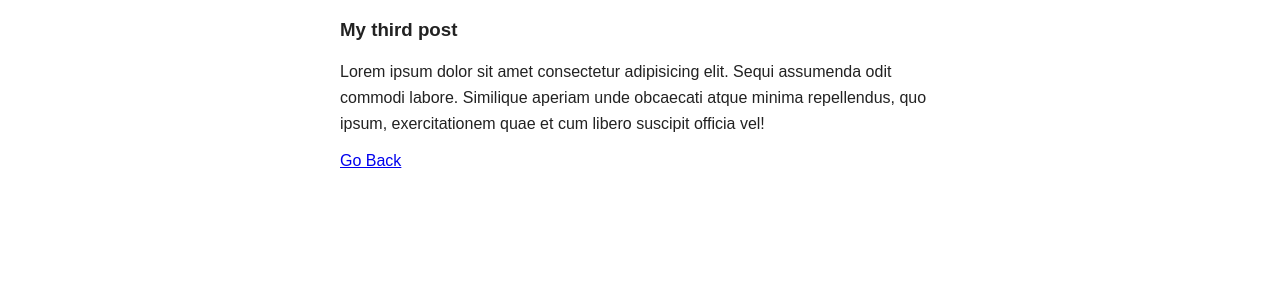
Repository: PiotrMigdal/blogmigdalapp
Page: http://localhost/posts/my-third-post
These files come from the project's save history. The page is drawn as it stood at one moment and after the next save; the edit follows.
The browser window is 1280 px wide. The pictures show the whole page.
The page is served by the project's Laravel application, run on PHP 8.4 with Laravel 8. Other server files are loaded and not shown.

Above is the page before, as saved 2021-08-28 09:22:19.

### routes/web.php
<?php

use App\Models\Post;
use Illuminate\Support\Facades\Route;
use PhpParser\Node\Expr\PostDec;

/*
|--------------------------------------------------------------------------
| Web Routes
|--------------------------------------------------------------------------
|
| Here is where you can register web routes for your application. These
| routes are loaded by the RouteServiceProvider within a group which
| contains the "web" middleware group. Now create something great!
|
*/

Route::get('/', function () {
    return view('posts');
});

Route::get('/posts/{post}', function ($slug) {
    //Find a post by its slug and pass it to a view called "post"

    return view('post', [
      'post' => Post::find($slug)
    ]);


})->where('post', '[A-z_\-]+'); //wildcard constraint - execute only if letters or dash '-'. Otherwise 404

### app/Models/Post.php
<?php

namespace App\Models;

use Illuminate\Database\Eloquent\ModelNotFoundException;

class Post
{
    public static function find($slug)
    {

      //if file doesn't exist, redirect to home page
      if (!file_exists($path = resource_path("posts/{$slug}.html"))) {
        throw new ModelNotFoundException();
      }

      //Cache the output. 1200 is number of seconds to remember (you can use also now()->addMinutes(60) or now()->addHours(24)). From php 7.4 you can replace last part with arrow function fn() => file_get_contents($path));
      return cache()->remember("posts.{$slug}", 1200, function () use ($path) {
        return file_get_contents($path);
      });

    }
}

### resources/posts/my-third-post.html
<!DOCTYPE html>
<html lang="en">
<head>
  <meta charset="UTF-8">
  <meta http-equiv="X-UA-Compatible" content="IE=edge">
  <meta name="viewport" content="width=device-width, initial-scale=1.0">
  <title>My Blog</title>
  <link rel="stylesheet" href="/app.css"></link>
</head>
<body>
  <article>
    <h1>My third post</h1>
    <p>Lorem ipsum dolor sit amet consectetur adipisicing elit. Sequi assumenda odit commodi labore. Similique aperiam unde obcaecati atque minima repellendus, quo ipsum, exercitationem quae et cum libero suscipit officia vel!</p>
  </article>
</body>
</html>

### resources/views/post.blade.php
<!DOCTYPE html>
<html lang="en">
<head>
  <meta charset="UTF-8">
  <meta http-equiv="X-UA-Compatible" content="IE=edge">
  <meta name="viewport" content="width=device-width, initial-scale=1.0">
  <title>My Blog</title>
  <link rel="stylesheet" href="/app.css"></link>
</head>
<body>
  <article>
  <?= $post; ?>
  </article>

  <a href="/">Go Back</a>
</body>
</html>

### public/app.css
body {
  background: white;
  color: #222222;
  max-width: 600px;
  margin: auto;
  font-family: sans-serif;
}

p {
  line-height: 1.6;
}

article + article {
  margin-top: 3rem;
  padding-top: 3rem;
  border-top: 1px solid #c5c5c5;

}

After the next save:
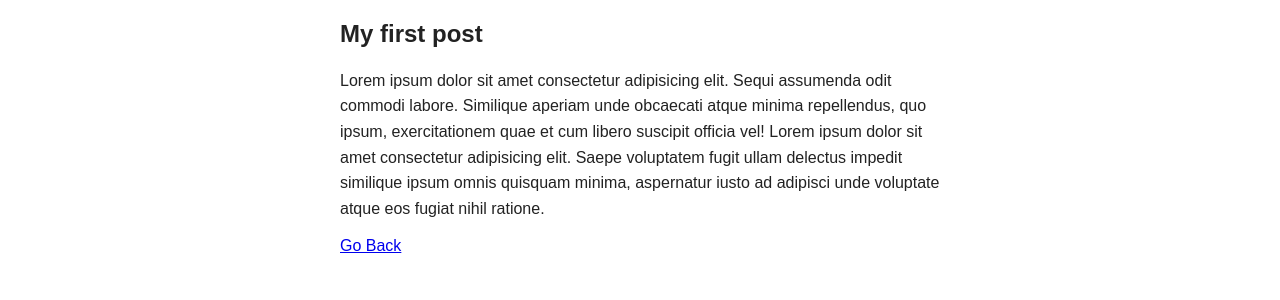
Saved 87 min 51 s later.
--- a/resources/views/post.blade.php
+++ b/resources/views/post.blade.php
@@ -9,7 +9,8 @@
 </head>
 <body>
   <article>
-  <?= $post; ?>
+    <h1>My first post</h1>
+    <p>Lorem ipsum dolor sit amet consectetur adipisicing elit. Sequi assumenda odit commodi labore. Similique aperiam unde obcaecati atque minima repellendus, quo ipsum, exercitationem quae et cum libero suscipit officia vel! Lorem ipsum dolor sit amet consectetur adipisicing elit. Saepe voluptatem fugit ullam delectus impedit similique ipsum omnis quisquam minima, aspernatur iusto ad adipisci unde voluptate atque eos fugiat nihil ratione.</p>
   </article>
 
   <a href="/">Go Back</a>
